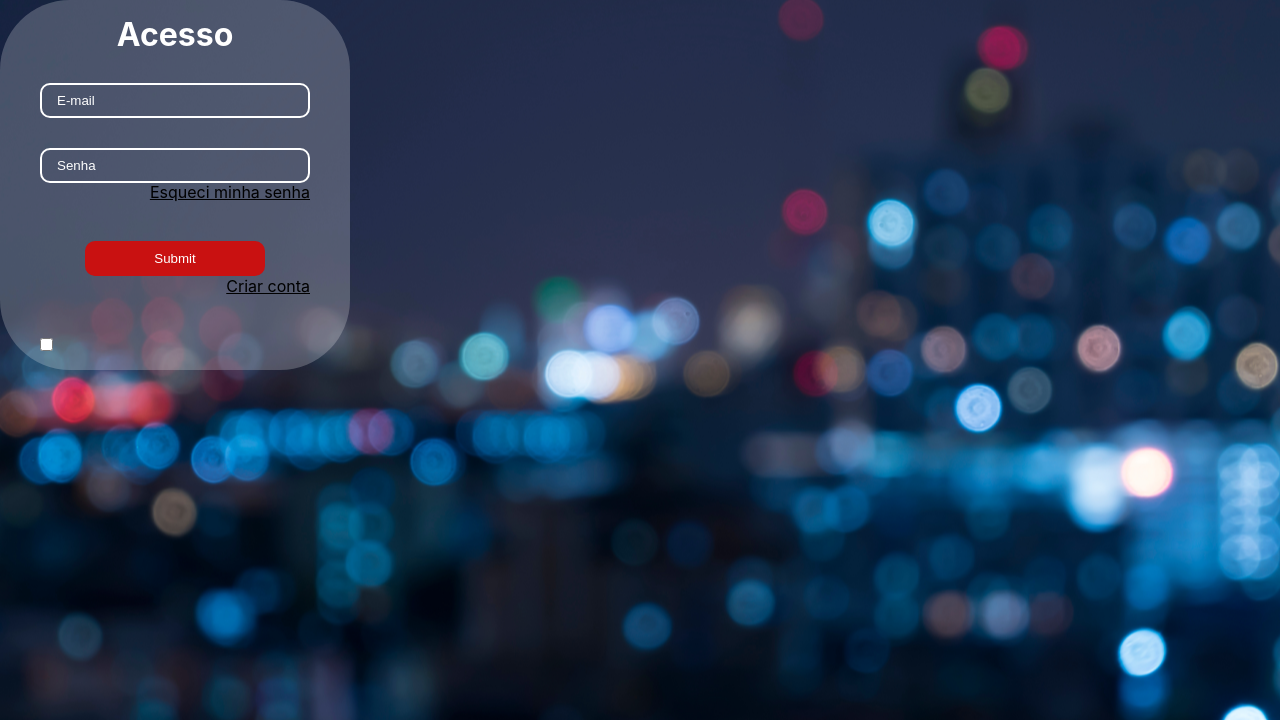
Repository: mateus-henrique-silva/Plataforma_videos_treinamento
Page: / (app in my-app/)
The author's editor kept a copy of each file at every save. The page is drawn from the files as they stood at one save, then again after the next save.
The browser window is 1280 px wide. The pictures show the whole page.
The project was rebuilt for these pictures with package versions that can differ from the ones it lists, and the page was loaded fresh each time.

Above is the page before, as saved 2022-08-16 08:58:27.

After the next save:
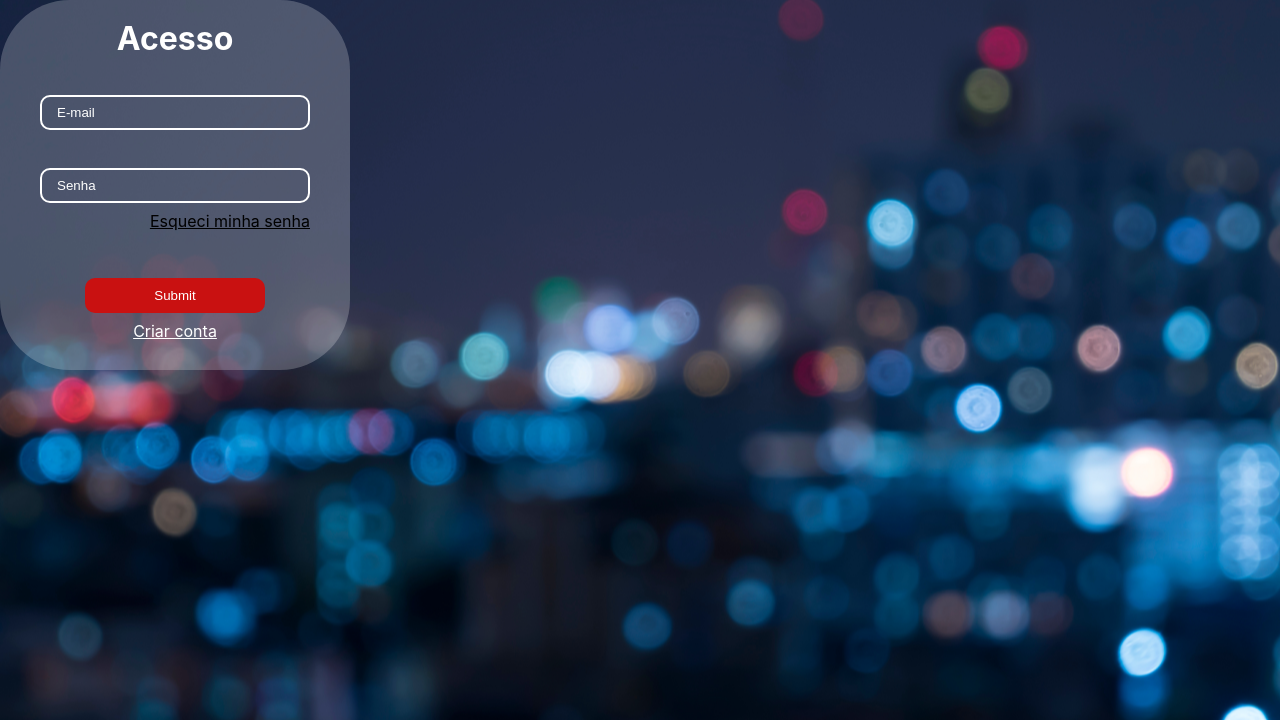
Saved 21 s later.
--- a/my-app/src/Components/formLogin/formLogin.jsx
+++ b/my-app/src/Components/formLogin/formLogin.jsx
@@ -10,15 +10,13 @@
           <h1>Acesso</h1>
           <input type="text" placeholder="E-mail" />
           <input type="text" placeholder="Senha" />
-          <Link to="/">Esqueci minha senha</Link>
+          <Link to="/" >Esqueci minha senha</Link>
           <center>
             {" "}
             <input type="submit" />
+
           </center>
-          <Link to="/">Criar conta</Link>
-          <div>
-            <input type="checkbox" />
-          </div>
+          <Link to="/" >Criar conta</Link>
         </form>
       </div>
     </div>
